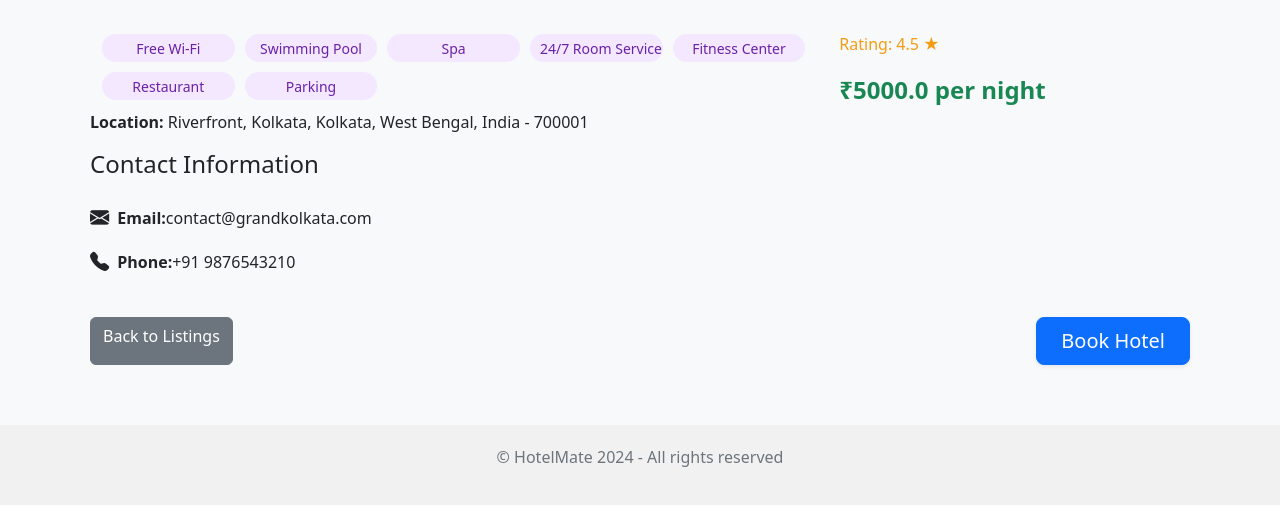
Repository: himanshu2k23/HoteMate
Page: http://localhost/HotelMate/details.jsp
An editor plug-in stored every save of this project. The page is shown before and after the next save, followed by the edit.
The browser window is 1280 px wide. The pictures show the part of the page from y = 706 to 1211 px (the page is 1211 px tall before and 1195 px after).
The page is served by Tomcat 10.

Above is the page before, as saved 2025-01-13 19:32:29.

After the next save:
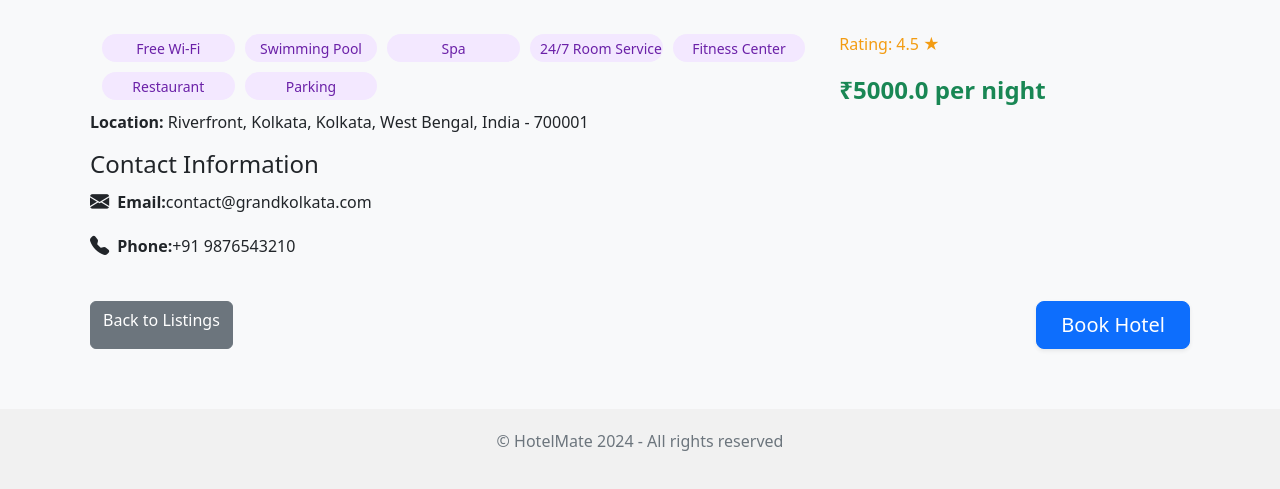
Saved 27 s later.
--- a/HotelMate/src/main/webapp/details.jsp
+++ b/HotelMate/src/main/webapp/details.jsp
@@ -151,7 +151,7 @@ body {
 					-
 					<%=zipCode%></p>
 
-				<h4 class="mb-4">
+				<h4 class="mb-2">
 					<i class=""></i> Contact Information
 				</h4>
 				<ul class="list-unstyled">
